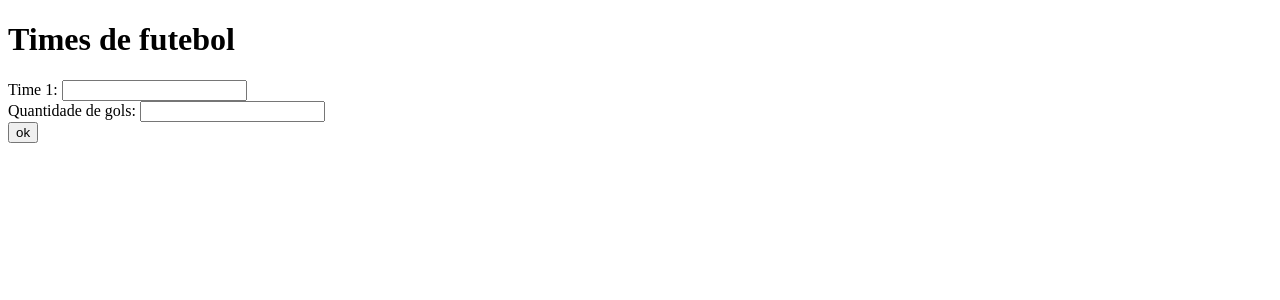
Repository: mduarte23/Sistemas_Informacao
Page: http://localhost/OlaMundo/formulario/futebol/formulario.jsp
These files come from the project's save history. The page is drawn as it stood at one moment and after a run of saves; the edit follows.
The browser window is 1280 px wide. The pictures show the whole page.
The page is served by Tomcat 10. Other server files are loaded and not shown.

Above is the page before, as saved 2024-08-14 23:05:05.

### 4_Periodo/Eclipse/OlaMundo/src/main/webapp/formulario/futebol/formulario.jsp
<%@ page language="java" contentType="text/html; charset=UTF-8"
    pageEncoding="UTF-8"%>
<!DOCTYPE html>
<html>
<head>
<meta charset="UTF-8">
<title>Insert title here</title>
</head>
<body>
	<!-- Faça uma pagina JSP que receba o nome de 2 times de futebol e quantos gols cada um fez. Na página de resposta mostre qual time foi campeao,
	 ou se houve empate -->
	<h1>Times de futebol</h1>

	<form action="resposta1.jsp" method="post">
		Time 1:
		<input type= "text" name = "time1"/>
		<br/>
		Quantidade de gols:
		<input type= "text" name = "gol1"/>
		<br/>
		<input type="submit" value= "ok"/>
	</form>
</body>
</html>

After the next 5 saves:
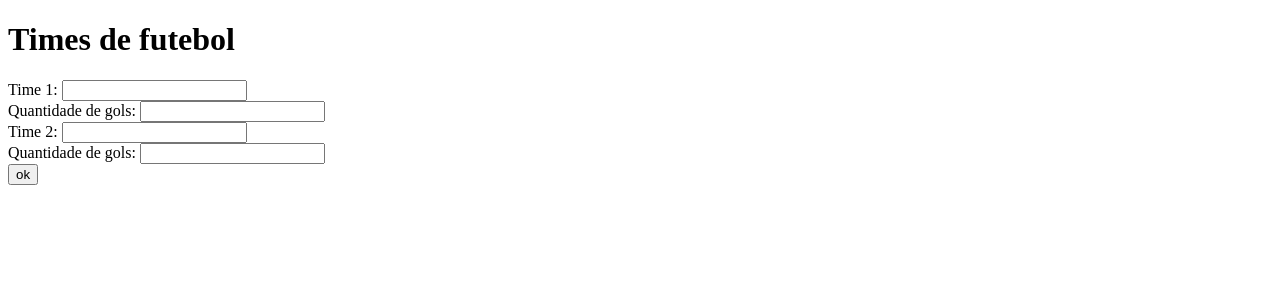
The 5 saves are shown as one change because they came seconds apart.
The last was saved 16 s later.
--- a/4_Periodo/Eclipse/OlaMundo/src/main/webapp/formulario/futebol/formulario.jsp
+++ b/4_Periodo/Eclipse/OlaMundo/src/main/webapp/formulario/futebol/formulario.jsp
@@ -18,6 +18,12 @@
 		Quantidade de gols:
 		<input type= "text" name = "gol1"/>
 		<br/>
+		Time 2:
+		<input type= "text" name = "time2"/>
+		<br/>
+		Quantidade de gols:
+		<input type= "text" name = "gol1"/>
+		<br/>
 		<input type="submit" value= "ok"/>
 	</form>
 </body>
